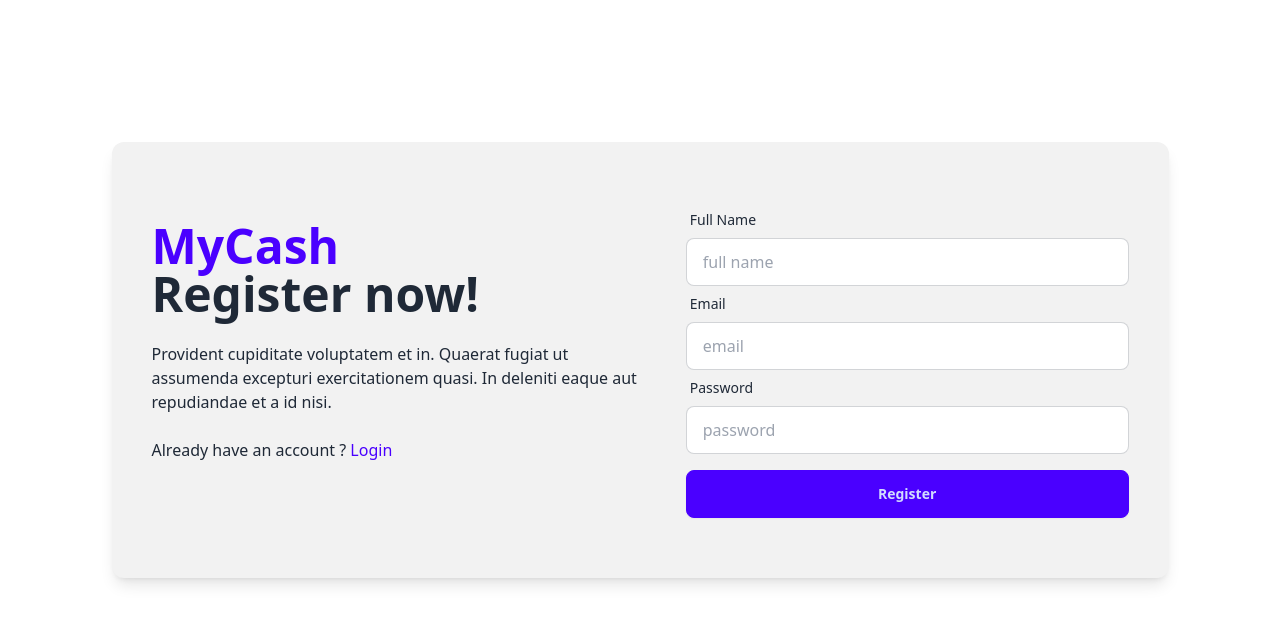
Repository: ShouravAhammed/Showcase
Page: /signUp
An editor plug-in stored every save of this project. The page is shown before and after the next save, followed by the edit.
The browser window is 1280 px wide. The pictures show the whole page.
The project was rebuilt for these pictures with package versions that can differ from the ones it lists, and the page was loaded fresh each time. Also part of the build but not shown: vite.config.js, src/Pages/Login/Login.jsx, src/Components/Shared/Navbar.jsx, src/Layouts/Root.jsx, src/Pages/Home/Home.jsx.

Above is the page before, as saved 2024-08-19 02:34:05.

### src/main.jsx
import { StrictMode } from 'react'
import { createRoot } from 'react-dom/client'
import {
  RouterProvider,
} from "react-router-dom";
import './index.css'
import router from './Routes/Routes';

createRoot(document.getElementById('root')).render(
  <StrictMode>
    <RouterProvider router={router}/>
  </StrictMode>,
)

### src/index.css
/* Fonts from google fonts */
@import url('https://fonts.googleapis.com/css2?family=Poppins:ital,wght@0,100;0,200;0,300;0,400;0,500;0,600;0,700;0,800;0,900;1,100;1,200;1,300;1,400;1,500;1,600;1,700;1,800;1,900&display=swap');

@tailwind base;
@tailwind components;
@tailwind utilities;

### src/Routes/Routes.jsx
import {
    createBrowserRouter,
} from "react-router-dom";
import SignUp from "../Pages/SignUp/SignUp";
import Login from "../Pages/Login/Login";
import Root from "../Layouts/Root";
import Home from "../Pages/Home/Home";

const router = createBrowserRouter([
    {
      path: "/",
      element: <Root/>,
      children: [
        {
          path: "/",
          element: <Home/>
        },
      ]
    },
    {
        path: "/signUp",
        element: <SignUp/>
    },
    {
        path: "/Login",
        element: <Login/>
    }
  ]);
export default router;

### src/Pages/SignUp/SignUp.jsx
import { Link } from "react-router-dom";

const SignUp = () => {

    const handleRegister = () => {

    }

    return (
        <div className="min-h-screen flex justify-center items-center">
        <div className="  bg-base-200 shadow-lg h-1/2 py-10 rounded-xl">
            <div className="flex flex-col gap-x-10 lg:flex-row-reverse px-10 py-5 ">
                <div className="w-full max-w-xl">
                    <form onSubmit={handleRegister} className="gap-x-5 flex-col">
                        <div className="form-control">
                            <label className="label">
                                <span className="label-text">Full Name</span>
                            </label>
                            <input name="fullName" required type="text" placeholder="full name" className="input input-bordered" />
                        </div>
                        <div className="form-control">
                            <label className="label">
                                <span className="label-text">Email</span>
                            </label>
                            <input name="email" type="email" placeholder="email" className="input input-bordered" required />
                        </div>
                        <div className="form-control">
                            <label className="label">
                                <span className="label-text">Password</span>
                            </label>
                            <input name="password" type="password" placeholder="password" className="input input-bordered" required />

                        </div>

                        <div className="form-control mt-4 col-span-2 flex justify-center items-center">
                            <button className="btn btn-primary w-full">Register</button>
                        </div>
                    </form>
                </div>
                <div className="text-center lg:text-left max-w-2xl mt-5">
                    <div>

                        <h1 className="text-5xl font-bold text-primary">MyCash </h1>
                        <h1 className="text-5xl font-bold">Register now!</h1>
                        <p className="py-6">
                            Provident cupiditate voluptatem et in. Quaerat fugiat ut assumenda excepturi exercitationem
                            quasi. In deleniti eaque aut repudiandae et a id nisi.
                        </p>
                    </div>

                    <div>
                        <p>Already have an account ? <Link className="text-primary" to={'/login'}>Login </Link></p>
                    </div>
                </div>
            </div>
        </div>
    </div>
    );
};

export default SignUp;

### tailwind.config.js
/** @type {import('tailwindcss').Config} */
import daisyui from "daisyui";
export default {
content: ["./index.html", "./src/**/*.{js,ts,jsx,tsx}"],
theme: {
extend: {
  fontFamily: {
    "Poppins": 'font-family: "Poppins", sans-serif;',
  },
},
},
plugins: [daisyui],
daisyui: { themes: ["light"] },
};

Loaded but not shown: index.html (common file)

After the next save:
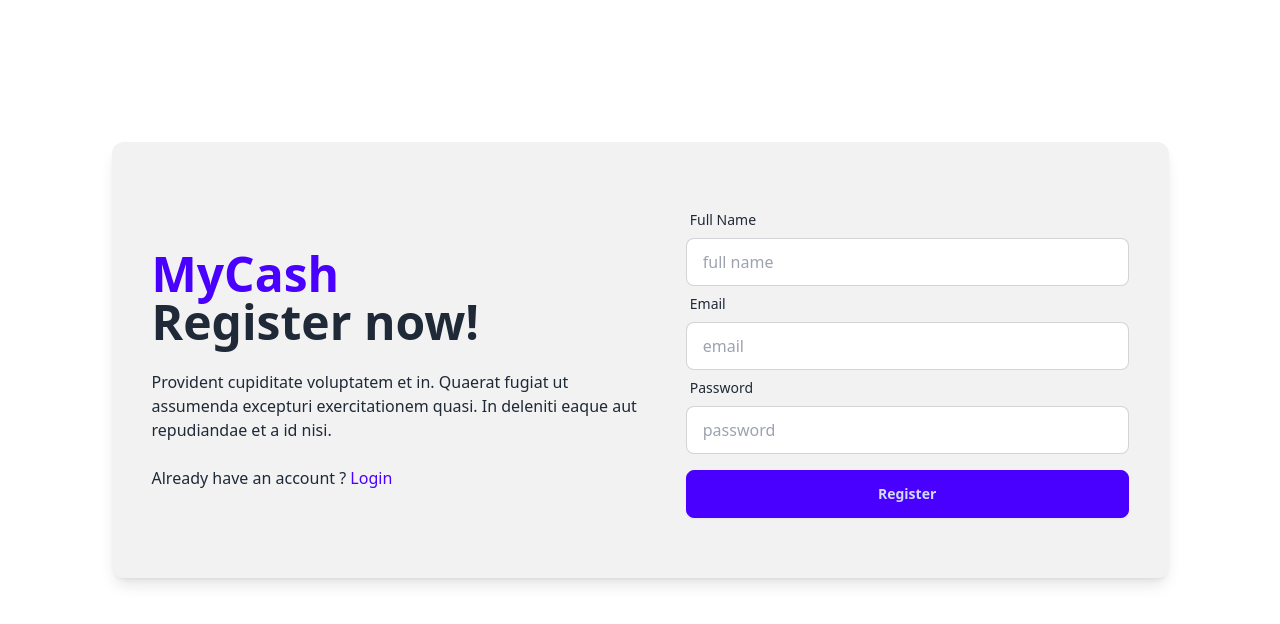
Saved 8 s later.
--- a/src/Pages/SignUp/SignUp.jsx
+++ b/src/Pages/SignUp/SignUp.jsx
@@ -9,7 +9,7 @@ const SignUp = () => {
     return (
         <div className="min-h-screen flex justify-center items-center">
         <div className="  bg-base-200 shadow-lg h-1/2 py-10 rounded-xl">
-            <div className="flex flex-col gap-x-10 lg:flex-row-reverse px-10 py-5 ">
+            <div className="flex flex-col items-center gap-x-10 lg:flex-row-reverse px-10 py-5 ">
                 <div className="w-full max-w-xl">
                     <form onSubmit={handleRegister} className="gap-x-5 flex-col">
                         <div className="form-control">
